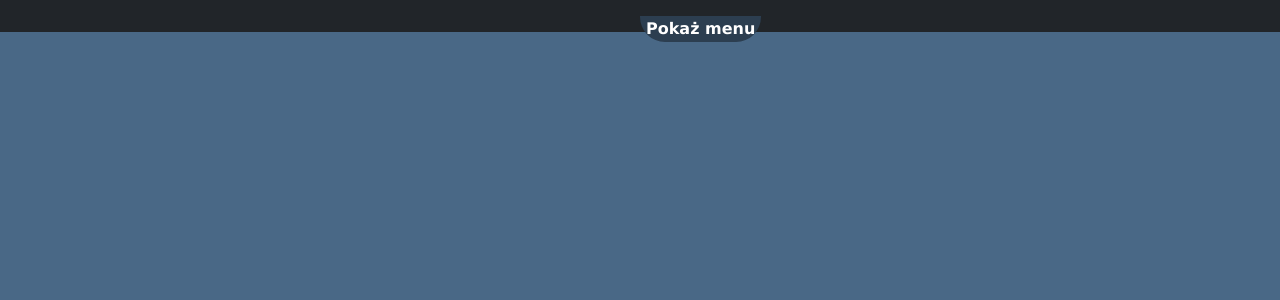
Repository: K4ziWolf/kazi
Page: /
The author's editor kept a copy of each file at every save. The page is drawn from the files as they stood at one save, then again after the next save.
The browser window is 1280 px wide. The pictures show the whole page.
The project was rebuilt for these pictures with package versions that can differ from the ones it lists, and the page was loaded fresh each time. Also part of the build but not shown: vue.config.js, src/components/menu_screen.vue, src/components/login_screen.vue, src/components/option_screen.vue.

Above is the page before, as saved 2023-10-20 21:22:20.

### src/App.vue
<template>
<body>
  <section>
  <div id="container">
    <div class="d-flex flex-column flex-shrink-0 p-3 text-white bg-dark">
    <div class="x-btn"><button class="xd-btn" v-bind:class="open_menu_button " @click="showMenuScreen">Pokaż menu</button>
      <menu_screen v-if="isMenuScreenVisible" @hide-menu-screen="hideMenuScreen" @show-login-screen="showLoginScreen" @change-theme="changeTheme" @option-open="optionOpener">
    </menu_screen>

    <div> <!--menu_scree i login_screen odpowiedzialne są za pokazywanie się tych komponentów-->
      <login_screen v-if="isLoginScreenVisible" @hide-login-screen="hideLoginScreen">
      </login_screen>
    </div>
    <option_screen v-if="isOptionScreenVisible" @hide-option-screen="HideOptionScreen">
      </option_screen>
  </div>
  </div>
  </div>
  </section>
</body>
</template>

<script>
import menu_screen from './components/menu_screen.vue';
import login_screen from './components/login_screen.vue';
import option_screen from './components/option_screen.vue';
export default {
  components: {
    menu_screen,
    login_screen,
    option_screen,
  },
  data() {
    return {
      open_menu_button: "show",
      open_login_button: "show",
      isLoginScreenVisible: false,
      isMenuScreenVisible: false,
      changecolor:0,
      isOptionScreenVisible: false,
    };
  },
  methods: {
    optionOpener(){
      this.isOptionScreenVisible = true;
    },
    HideOptionScreen(){
      setTimeout(() => {
      this.isOptionScreenVisible = false;
      }, 1000);
    },
    changeTheme() {
        this.changecolor += 1;
      if (this.changecolor % 2 === 0) {
        document.body.style.backgroundColor = 'blue';
      } else {
        document.body.style.backgroundColor = 'red';
      }
    },
    showMenuScreen() { //funkcja pokazująca menu
      this.isMenuScreenVisible = true;
      this.open_menu_button = "hidden";
      this.open_login_button = "show";
    },
    hideMenuScreen() {
      setTimeout(() => { //timeout aby animacja była płynna
        this.open_menu_button = "show";
        this.isMenuScreenVisible = false;
      }, 1200);
    },
    showLoginScreen() {
      this.isLoginScreenVisible = true;
      setTimeout(() => {
      this.isMenuScreenVisible = false;
      }, 1000);
    },
    hideLoginScreen() {
      setTimeout(() => {
        this.open_login_button = "show";
        this.open_menu_button ='show'
        this.isLoginScreenVisible = false;
      }, 1500);
    },
  },
};
</script>

<style>
@import '/src/style.css';

#app {
  font-family: Avenir, Helvetica, Arial, sans-serif;
  -webkit-font-smoothing: antialiased;
  -moz-osx-font-smoothing: grayscale;
  text-align: center;
  color: #2c3e50;
}
.show {
  opacity: 1;
  animation: show_button 0.4s;
}
@keyframes show_button {
  from {
    opacity: 0;
  }
  to {
    opacity: 1;
  }
}
.hidden {
  animation: hide_button 0.4s;
  opacity: 0;
}
@keyframes hide_button {
  from {
    opacity: 1;
  }
  to {
    opacity: 0;
  }
}
body { /*testy moje do zmiany */
  height: 100%;
  width: 100%;
  background-color: rgb(127, 247, 207);
}
.x-btn {
  background-color: rgb(61, 61, 61);

}
.xd-btn {
  text-decoration: none;
  border: none;
  font-family: Verdana, Geneva, Tahoma, sans-serif;
  background-color: #2c3e50;
  border-bottom-left-radius: 25px;
  border-bottom-right-radius: 25px;
  color: white;
  font-weight: bolder;
  position: absolute;
  justify-content: left;
}
html {
  background-color: #496886;
}
</style>

### src/style.css
template {
    background-color: aqua;
}

Loaded but not shown: public/index.html (common file); src/main.js (common file)

After the next save:
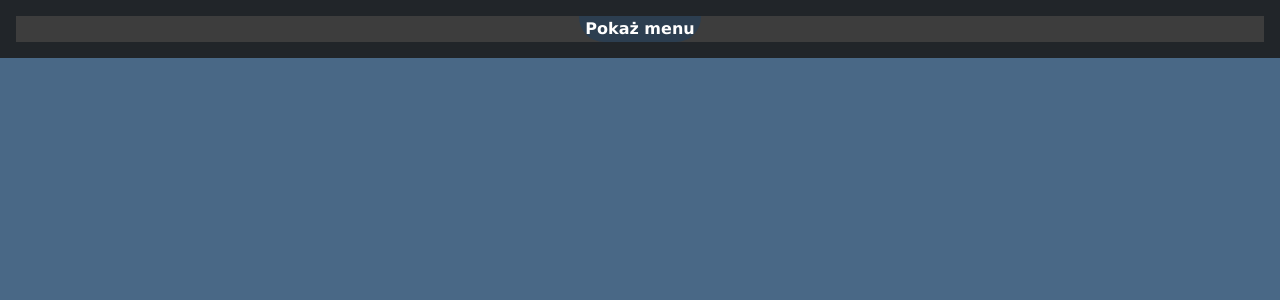
Saved 10 s later.
--- a/src/App.vue
+++ b/src/App.vue
@@ -137,8 +137,6 @@ body { /*testy moje do zmiany */
   border-bottom-right-radius: 25px;
   color: white;
   font-weight: bolder;
-  position: absolute;
-  justify-content: left;
 }
 html {
   background-color: #496886;
